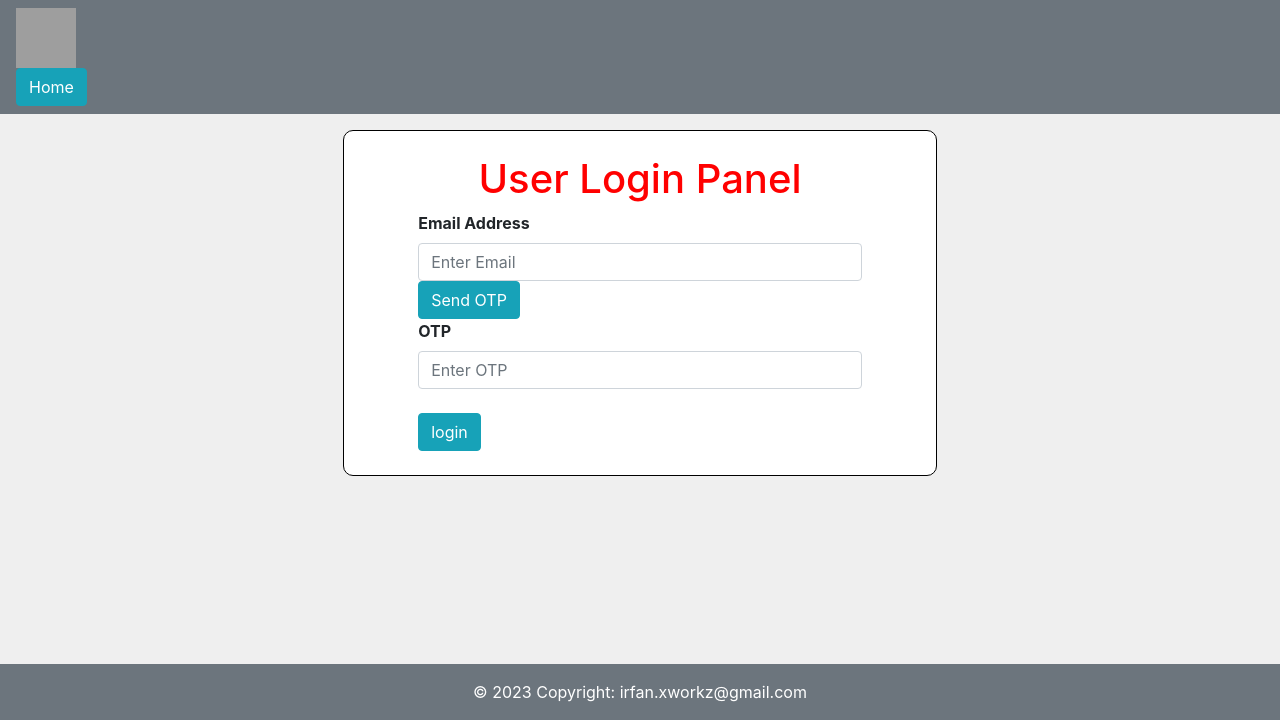
Repository: irfanxworkz/Project
Page: http://localhost/parking/UserLogin.jsp
An editor plug-in stored every save of this project. The page is shown before and after the next save, followed by the edit.
The browser window is 1280 px wide. The pictures show the whole page.
Pictures or frames that could not be fetched are drawn as grey boxes. The page is served by Tomcat 9.

Above is the page before, as saved 2023-07-09 23:52:27.

After the next save:
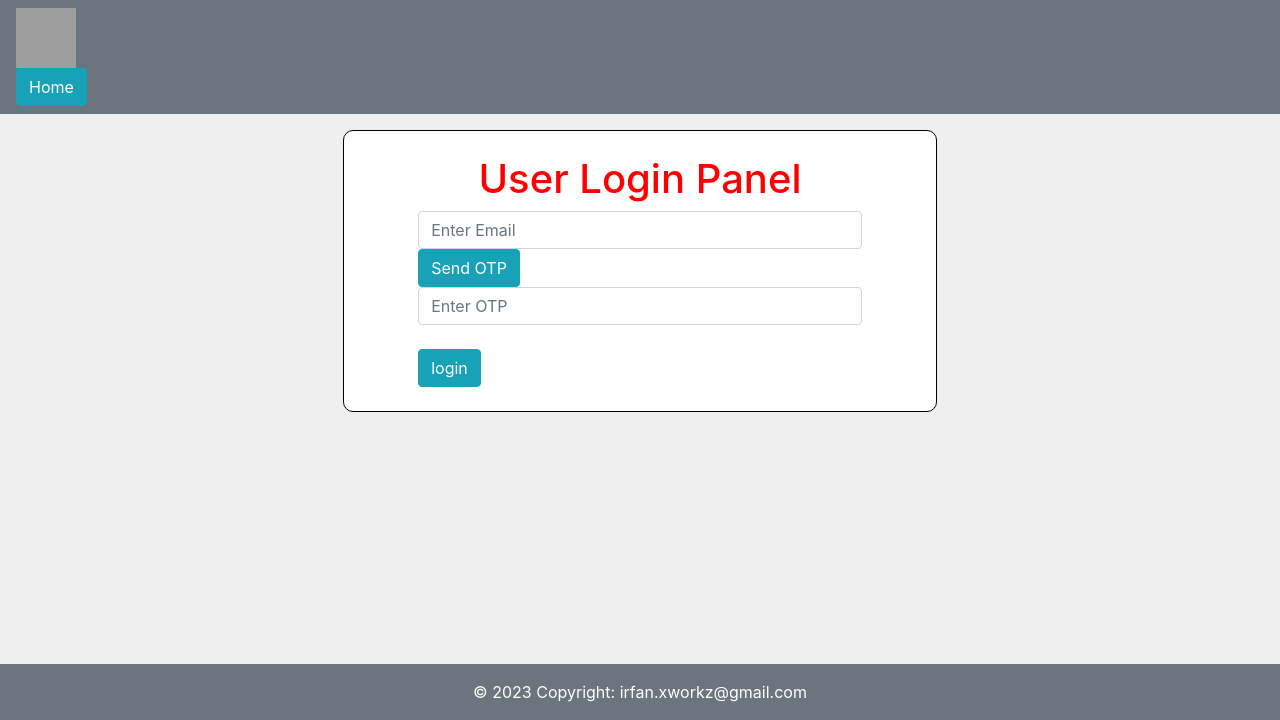
Saved 43 s later.
--- a/parking/src/main/webapp/UserLogin.jsp
+++ b/parking/src/main/webapp/UserLogin.jsp
@@ -23,11 +23,9 @@
 				<span></span><br>
 				<h1 style="text-align: center; color: red;">User Login Panel</h1>
 			<div class="container">
-			<label for="email"><b>Email Address</b></label>
 			    <input type="email" name="email" class="form-control" placeholder="Enter Email" required="required"><input type="submit" value="Send OTP" class="btn btn-info"><span style="color: red;">${user }</span><br>
-			<label for="otp"><b>OTP</b></label>
 			    <input type="number" name="otp" class="form-control" placeholder="Enter OTP" required="required"><br>
-			 	 <input type="submit" value="login"  class="btn btn-info"><br>
+			 	<input type="submit" value="login"  class="btn btn-info"><br>
 			 	<span></span><br>
 			</div>
 		</form>
